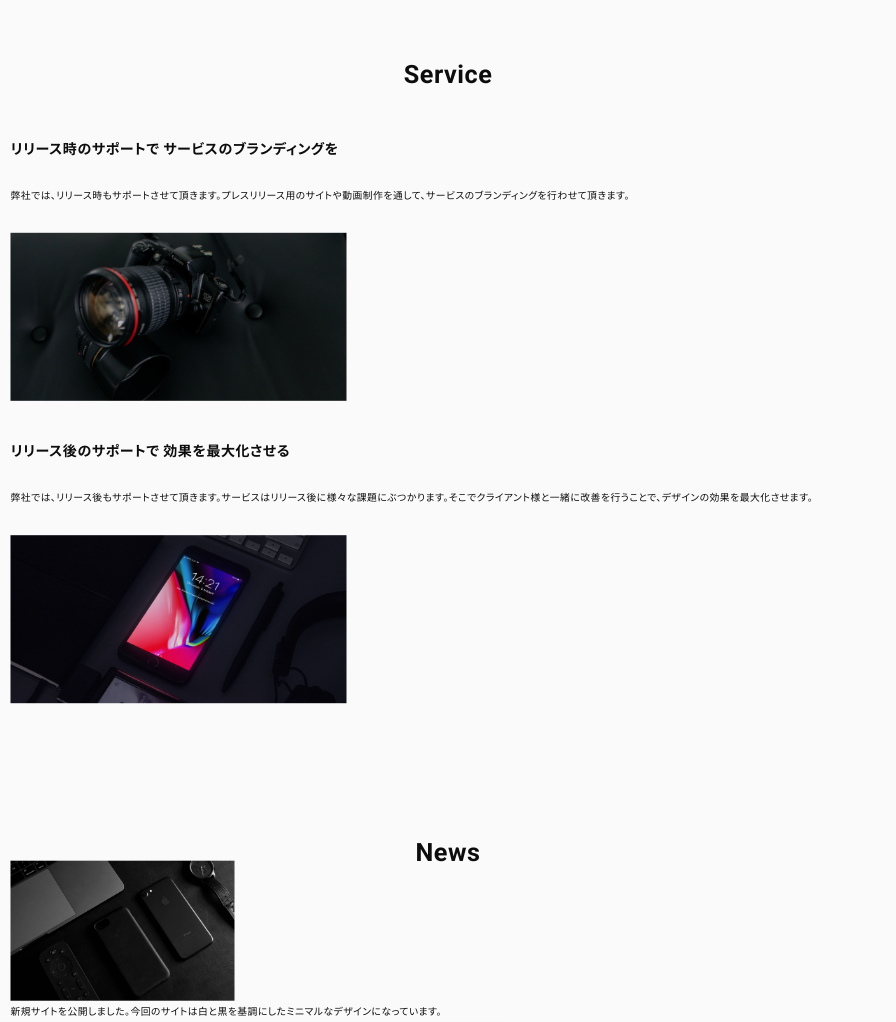
Repository: hatarakimono-kumasan/kurisuta_1st
Page: index.html
An editor plug-in stored every save of this project. The page is shown before and after the next save, followed by the edit.
The browser window is 1280 px wide. The pictures show the part of the page from y = 2511 to 4431 px (the page is 3971 px tall before and 4431 px after), at 70% of full size.
Some web libraries are served in a nearby version. The style sheet was rebuilt from its Sass, Less or Tailwind sources for each picture, by a compiler version that may differ from the author's.

Above is the page before, as saved 2020-05-15 09:06:07.

### index.html
<!DOCTYPE html>
<html lang="en">
	<head>
		<meta charset="UTF-8" />
		<meta name="viewport" content="width=device-width, initial-scale=1.0" />
		<meta http-equiv="X-UA-Compatible" content="ie=edge" />
		<title>Cresta.design</title>
		<meta name="keywords" content="カンマ区切りで10個以内推奨" />
		<meta name="description" content="120文字以内" />
		<meta property="og:title" content="このページのタイトル" />
		<meta property="og:type" content="TOPページはwebsite、子ページはarticle" />
		<meta property="og:url" content="このページのURL" />
		<meta property="og:image" content="1200×630以上推奨、絶対パスで指定" />
		<meta property="og:site_name" content="サイト名" />
		<meta property="og:description" content="80〜90文字推奨" />
		<meta name="twitter:card" content="summary or summary_large_image" />
		<meta name="twitter:site" content="@ユーザー名" />
		<meta name="format-detection" content="telephone=no" />
		<!-- <link rel="shortcut icon" sizes="16x16" href="ファビコン" />
		<link rel="apple-touch-icon" sizes="192x192" href="タッチアイコン" />
		<link rel="shortcut icon" sizes="192x192" href="タッチアイコン" /> -->
		<meta name="last-modified" content="Sun, 29 Dec 2019 20:30:30 GMT" />
		<link
			href="https://use.fontawesome.com/releases/v5.6.1/css/all.css"
			rel="stylesheet"
		/>
		<link rel="stylesheet" href="style.css" />
		<script
			src="https://code.jquery.com/jquery-3.4.1.min.js"
			integrity="sha256-CSXorXvZcTkaix6Yvo6HppcZGetbYMGWSFlBw8HfCJo="
			crossorigin="anonymous"
		></script>
	</head>
	<body>
		<!-- header -->
		<header class="header">
			<h1 class="site-title"><a href="./">クリ★スタ</a></h1>
			<div class="nav-wrapper">
				<nav class="header-nav">
					<ul class="nav-list">
						<li class="nav-item"><a href="#about">About</a></li>
						<li class="nav-item"><a href="#service">Service</a></li>
						<li class="nav-item"><a href="#news">News</a></li>
						<li class="nav-item"><a href="#contact">Contact</a></li>
					</ul>
				</nav>
			</div>
			<button class="burger-btn">
				<span class="bars">
					<span class="bar bar_top"></span>
					<span class="bar bar_mid"></span>
					<span class="bar bar_bottom"></span>
				</span>
			</button>
		</header>
		<!-- //header -->

		<!--first view-->
		<div class="first_view">
			<img src="img/fv-bgi_sp@2x.jpg" alt="サイトイメージ" />
			<p>Cresta Design.</p>
		</div>
		<!--//first view-->

		<main>
			<!--about-->
			<section class="about" id="about">
				<h2>About</h2>
				<h3>
					ミニマルで<br />
					洗練されたデザインを。
				</h3>
				<p>
					近年、ミニマルなデザインが流行しています。そこで弊社では、クライアント企業様新規サービス等の課題に対してミニマルで洗練されたデザインを実現させることで解決のサポートを致します。もちろん全てのサービスにおいてミニマルなデザインが課題解決になるわけではないので、課題や今後のサービスの展開等しっかりとヒアリングを行なった上でご提案させて頂きます。
				</p>
			</section>
			<!--//about-->

			<!--service-->
			<section class="service" id="service">
				<h2>Service</h2>
				<h3>リリース時のサポートで サービスのブランディングを</h3>
				<p>
					弊社では、リリース時もサポートさせて頂きます。プレスリリース用のサイトや動画制作を通して、サービスのブランディングを行わせて頂きます。
				</p>
				<img src="/img/service-image@2x.jpg" alt="サービス" />
				<h3>リリース後のサポートで 効果を最大化させる</h3>
				<p>
					弊社では、リリース後もサポートさせて頂きます。サービスはリリース後に様々な課題にぶつかります。そこでクライアント様と一緒に改善を行うことで、デザインの効果を最大化させます。
				</p>
				<img src="/img/service-image02@2x.jpg" alt="サービス" />
			</section>
			<!--//service-->

			<!--news-->
			<section class="news" id="news">
				<h2>News</h2>
				<div class="news_card_wrapper">
					<div class="news_card">
						<img
							class="card-img"
							src="img/card-image1@2x.jpg"
							alt="newsイメージ"
						/>
						<div class="card-content">
							<p class="card-text">
								新規サイトを公開しました。今回のサイトは白と黒を基調にしたミニマルなデザインになっています。
							</p>
						</div>
						<!--//card-content-->
					</div>
					<!--//news_card-->
				</div>
				<!--//news_card_wrapper-->
			</section>
			<!--//news-->
		</main>
		<script src="drawer.js"></script>
	</body>
</html>

### drawer.js
$(".burger-btn").on("click", function () {
	//.btn_triggerをクリックすると
	$(".burger-btn").toggleClass("close"); //.btn_triggerにcloseクラスを付与(ボタンのアニメーション)
	$(".nav-wrapper").fadeToggle(500); //.nav-wrapperが0.5秒でフェードイン(メニューのフェードイン)
	$("body").toggleClass("noscroll"); //bodyにnoscrollクラスを付与(スクロールを固定)
});

if ($(window).width() < 768) {
	//デバイスの幅が768以下のとき
	$(".nav-item>a").on("click", function () {
		//.nav-item>aをクリックすると
		$(".nav-wrapper").fadeOut(500); //.nav-wrapperが0.5秒でフェードアウト(メニューのフェードアウト)
		$(".burger-btn").removeClass("close"); //.btn_triggerのcloseクラスを削除
		$("body").removeClass("noscroll"); //bodyのnoscrollクラスを削除
	});
}

### style.scss
/* ======================================
Foundation
====================================== */

@import "scss/foundation/reset";
@import "scss/foundation/mixin";
@import "scss/foundation/settings";
@import "scss/foundation/base";

/* ======================================
Layout
====================================== */

@import "scss/layout/header";
// @import 'layout/nav';
@import "scss/layout/main";
// @import 'layout/footer';

/* ======================================
Object
====================================== */

/**
Component
----------------------------------- */

// @import 'object/component/';

/**
Project
----------------------------------- */

// @import 'object/project/';

/**
Utility
----------------------------------- */
// @import 'object/utility/';

### scss/foundation/_reset.scss
html,
body,
div,
span,
object,
iframe,
h1,
h2,
h3,
h4,
h5,
h6,
p,
blockquote,
pre,
abbr,
address,
cite,
code,
del,
dfn,
em,
img,
ins,
kbd,
q,
samp,
small,
strong,
sub,
sup,
var,
b,
i,
dl,
dt,
dd,
ol,
ul,
li,
fieldset,
form,
label,
legend,
table,
caption,
tbody,
tfoot,
thead,
tr,
th,
td,
article,
aside,
canvas,
details,
figcaption,
figure,
footer,
header,
hgroup,
menu,
nav,
section,
summary,
time,
mark,
audio,
video {
	margin: 0;
	padding: 0;
	border: 0;
	outline: 0;
	font-size: 100%;
	vertical-align: baseline;
	background: transparent;
}
body {
	line-height: 1;
}
article,
aside,
details,
figcaption,
figure,
footer,
header,
hgroup,
menu,
nav,
section,
main {
	display: block;
}
ol,
ul {
	list-style: none;
}
blockquote,
q {
	quotes: none;
}
blockquote:before,
blockquote:after,
q:before,
q:after {
	content: "";
	content: none;
}
a {
	margin: 0;
	padding: 0;
	font-size: 100%;
	vertical-align: baseline;
	background: transparent;
}
ins {
	background-color: #ff9;
	color: #333;
	text-decoration: none;
}
mark {
	background-color: #ff9;
	color: #333;
	font-style: italic;
	font-weight: bold;
}
del {
	text-decoration: line-through;
}
abbr[title],
dfn[title] {
	border-bottom: 1px dotted;
	cursor: help;
}
table {
	border-collapse: collapse;
	border-spacing: 0;
}
hr {
	display: block;
	height: 1px;
	border: 0;
	border-top: 1px solid #cccccc;
	margin: 1em 0;
	padding: 0;
}
input,
select {
	vertical-align: middle;
}

### scss/foundation/_mixin.scss
/*================================================= mixin (mobile to pc)
=================================================*/
$tab: 768px;
$lap: 1024px;
$pc: 1200px;

@mixin tab {
	@media screen and (min-width: ($tab)) {
		@content;
	}
}

@mixin lap {
	@media screen and (min-width: ($lap)) {
		@content;
	}
}

@mixin pc {
	@media screen and (min-width: ($pc)) {
		@content;
	}
}

/*================================================= トラッキング(letter-spacing)のmixin
=================================================*/
@mixin tracking($tracking) {
	letter-spacing: ($tracking / 1000) + em;
}

// 利用するとき
//   p {
//    @include tracking(16);
//   }

### scss/foundation/_settings.scss
/*
font
------------------------------------------*/
@import url("https://fonts.googleapis.com/css2?family=Roboto:wght@400;700&display=swap");
@import url("https://fonts.googleapis.com/css2?family=Noto+Sans+JP:wght@700&display=swap");
body {
	font-family: Roboto, "Noto Sans JP", 游ゴシック, "Yu Gothic", 游ゴシック体,
		YuGothic, "ヒラギノ角ゴ Pro W3", "Hiragino Kaku Gothic Pro", "Meiryo UI",
		メイリオ, Meiryo, sans-serif;
	font-size: medium;
	letter-spacing: 0.05em;
	word-break: break-all;
}
h1,
h2,
h3,
h4,
h5,
strong {
	font-weight: bold;
}

/*フォントサイズ
https://websemantics.uk/tools/responsive-font-calculator/
-------------------------------------------------*/
html {
	font-size: 62.5%;
}
body {
	font-size: 1.6rem; /* 16px*/
	line-height: 2;
}
h1 {
	font-size: 26px; /* IE8以下とAndroid4.3以下用フォールバック */
	font-size: 2.6rem;
	line-height: calc(24 / 36);
	font-family: Roboto;
}
h2 {
	font-size: 36px; /* IE8以下とAndroid4.3以下用フォールバック */
	font-size: 3.6rem;
	line-height: calc(24 / 36);
	font-family: Roboto;
	text-align: center;
}
h3 {
	font-size: 20px; /* IE8以下とAndroid4.3以下用フォールバック */
	font-size: 2rem;
	line-height: calc(40 / 20);
	font-family: "Noto Sans JP";
}
p {
	font-size: 14px; /* IE8以下とAndroid4.3以下用フォールバック */
	font-size: 1.4rem;
	line-height: calc(30 / 14);
	font-family: "Noto Sans JP";
	@include tracking(50);
}

### scss/foundation/_base.scss
/*
Base
---------------------------------------------- */
html {
	box-sizing: border-box;
	height: 100%;
}
*,
*:before,
*:after {
	box-sizing: inherit;
}
body {
	height: 100%;
	font-feature-settings: "palt";
	color: #0d0d0d;
	background-color: #fafafa;
}
img {
	max-width: 100%;
	height: auto;
	vertical-align: bottom;
}
a {
	color: inherit;
}
input,
textarea {
	font-family: inherit;
	font-size: 100%;
}

### scss/layout/_header.scss
// body {
// 	color: #141414;
// 	font-size: 1.4rem;
// 	line-height: 1.8;
// 	letter-spacing: 0.05em;

// 	font-family: "Roboto", sans-serif, "Noto Sans JP", sans-serif;
// }
.noscroll {
	overflow: hidden;
}
/* img {
	width: 100%;
	vertical-align: bottom;
} */
a {
	text-decoration: none;
	color: #fff;
}
// .section-title {
// 	font-size: 3.6rem;
// 	font-weight: bold;
// 	text-align: center;
// 	letter-spacing: 0.05em;
// 	margin-bottom: 70px;
// }
// h3 {
// 	font-size: 2.4rem;
// 	font-weight: bold;
// 	line-height: 2;
// 	letter-spacing: 0.1em;
// 	margin-bottom: 40px;
// }
// .section-wrapper {
// 	padding: 100px 10% 50px;
// }

/* ------------------ */
/* header */
/* ------------------ */
.header {
	background-color: #1b1310;
	color: #fff;
	height: 74px;
	display: flex;
	justify-content: space-between;
	align-items: center;
	padding: 0 120px;
	border-bottom: 1px solid #fff;
}
.nav-list {
	/* navの横並び */
	display: flex;
}
.nav-item {
	/* メニューの右側に余白 */
	margin-right: 55px;
}
.burger-btn {
	display: none;
}

@media screen and (max-width: 768px) {
	/* ----------------------- */
	/* base_sp
/* ----------------------- */

	// h3 {
	// 	font-size: 2rem;
	// 	margin-bottom: 30px;
	// }
	// .section-wrapper {
	// 	padding: 100px 5% 50px;
	// }
	/* ------------------ */
	/* humberger-menu */
	/* ------------------ */
	.header {
		padding: 0 5%;
	}
	.burger-btn {
		display: block;
		width: 39px;
		height: 39px;
		position: relative;
		z-index: 3;
		/*   codepenの挙動のため */
		background-color: transparent;
		border: none;
	}
	.bar {
		width: 20px;
		height: 1px;
		display: block;
		position: absolute;
		left: 50%;
		transform: translateX(-50%);
		background-color: #fff;
	}
	.bar_top {
		top: 10px;
	}
	.bar_mid {
		top: 50%;
		transform: translate(-50%, -50%);
	}
	.bar_bottom {
		bottom: 10px;
	}
	.burger-btn.close .bar_top {
		transform: translate(-50%, 10px) rotate(45deg);
		transition: transform 0.3s;
	}
	.burger-btn.close .bar_mid {
		opacity: 0;
		transition: opacity 0.3s;
	}
	.burger-btn.close .bar_bottom {
		transform: translate(-50%, -8px) rotate(-45deg);
		transition: transform 0.3s;
	}
	.nav-wrapper {
		display: none;
		width: 100vw;
		height: 100vh;
		position: fixed;
		top: 0;
		left: 0;
		z-index: 2; /*キービジュアルと.btn_triggerとの重なりの前後関係を調整*/
	}
	.header-nav {
		width: 100%;
		height: 100%;
		background-color: #1b1310;
		z-index: 2;
	}
	.header-nav .nav-list {
		display: block;
		position: absolute;
		top: 50%;
		left: 50%;
		transform: translate(-50%, -50%);
		text-align: center;
	}
	.header-nav .nav-item {
		margin-right: 0;
		margin-bottom: 40px;
	}
}

### scss/layout/_main.scss
/*=======================================
first view
=========================================*/
.first_view {
	width: 100%;
	position: relative;

	img {
		min-width: 100%;
	}
	p {
		width: 300px;
		height: 100px;
		border: #fff 2px solid;
		color: #fff;
		position: absolute;
		transform: translateY(-50%);
		font-size: 3rem;
		top: 50%;
		left: 50%;
		text-align: center;
		transform: translate(-50%, -50%);
		line-height: 100px;
	}
}

/*=============================================
all
===============================================*/
main {
	width: calc(100% - 30px);
	margin: auto;
	margin-top: 10rem;
	margin-bottom: 5rem;
}
.about,
.service {
	width: 100%;
	margin-bottom: 15rem;
	h2 {
		margin-bottom: 7.3rem;
	}
	h3 {
		margin-bottom: 3.1rem;
	}
}

/*=============================================
about
===============================================*/
.about {
}

/*=============================================
service
===============================================*/
.service {
	img {
		margin: 4rem 0 5.1rem;
	}
}

After the next save:
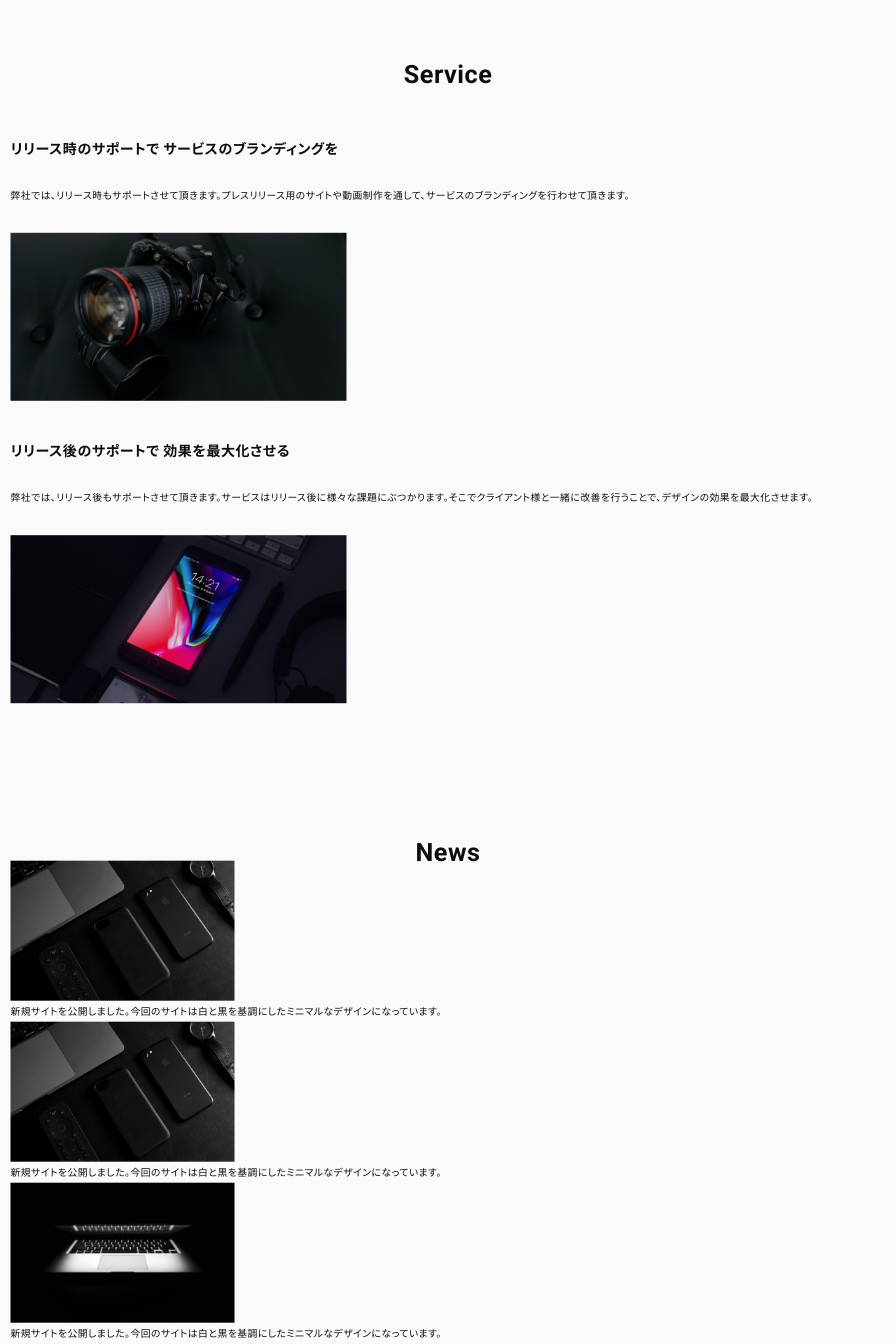
Saved 59 s later.
--- a/index.html
+++ b/index.html
@@ -110,6 +110,34 @@
 						<!--//card-content-->
 					</div>
 					<!--//news_card-->
+					<div class="news_card">
+						<img
+							class="card-img"
+							src="img/card-image1@2x.jpg"
+							alt="newsイメージ"
+						/>
+						<div class="card-content">
+							<p class="card-text">
+								新規サイトを公開しました。今回のサイトは白と黒を基調にしたミニマルなデザインになっています。
+							</p>
+						</div>
+						<!--//card-content-->
+					</div>
+					<!--//news_card-->
+					<div class="news_card">
+						<img
+							class="card-img"
+							src="img/card-image3@2x.jpg"
+							alt="newsイメージ"
+						/>
+						<div class="card-content">
+							<p class="card-text">
+								新規サイトを公開しました。今回のサイトは白と黒を基調にしたミニマルなデザインになっています。
+							</p>
+						</div>
+						<!--//card-content-->
+					</div>
+					<!--//news_card-->
 				</div>
 				<!--//news_card_wrapper-->
 			</section>
